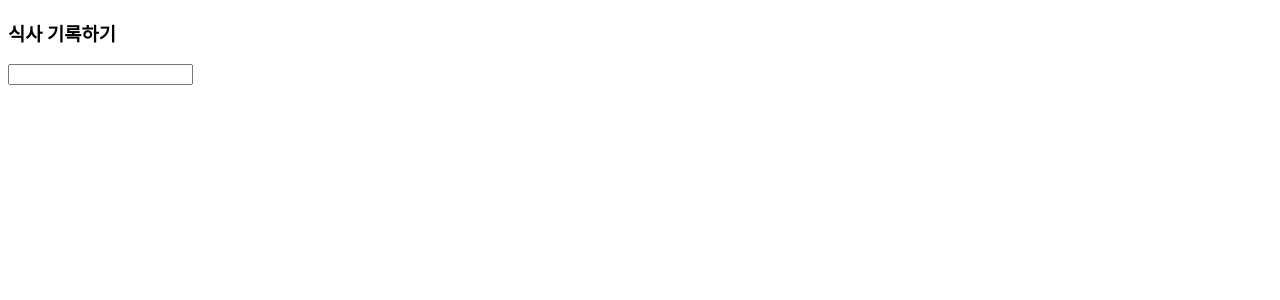
Repository: dkdud8140/OneDayProject_server
Page: http://localhost/Oneday_Server_food/food/insert
The author's editor kept a copy of each file at every save. The page is drawn from the files as they stood at one save, then again after the next save.
The browser window is 1280 px wide. The pictures show the whole page.
The page is served by Tomcat 9.

Above is the page before, as saved 2021-05-10 05:06:02.

After the next save:
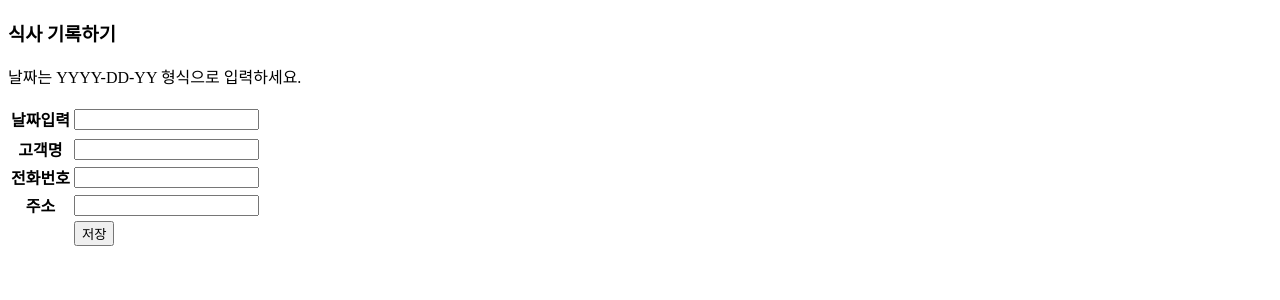
Saved 4 min 31 s later.
--- a/Oneday_Server_food/src/main/webapp/WEB-INF/view/insert.jsp
+++ b/Oneday_Server_food/src/main/webapp/WEB-INF/view/insert.jsp
@@ -8,11 +8,26 @@
 </head>
 <body>
 	<h3>식사 기록하기</h3>
+	<p>날짜는 YYYY-DD-YY 형식으로 입력하세요.
+	<form action = "POST">
+		<table>
+			<tr><th>날짜입력</th><td><input name = "date"></td></tr>
+		</table>
+	</form>
 
-	<form action = "food">
-		<input name = ""
 
+
+
+		<form method="POST">
+		<table>
+			<tr><th>고객명</th><td><input name ="name"></td></tr>
+			<tr><th>전화번호</th><td><input name ="tel"></td></tr>
+			<tr><th>주소</th><td><input name ="addr"></td></tr>
+			<tr><th></th><td><button>저장</button></td></tr>
+		</table>
 	</form>
+
+
 
 </body>
 </html>
